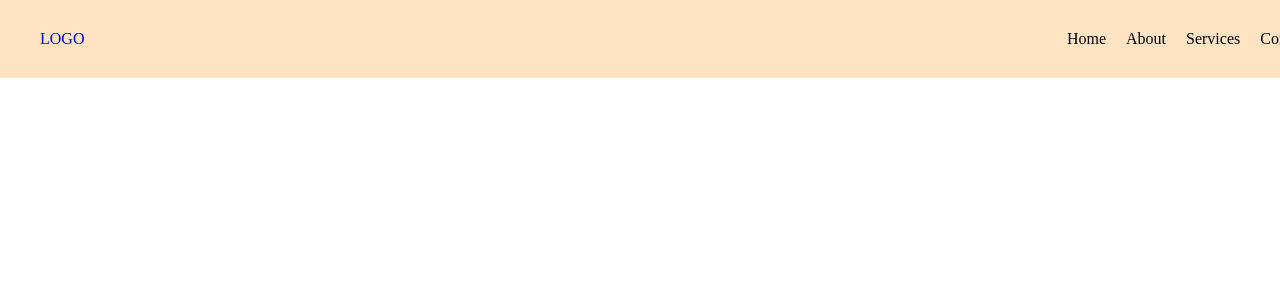
Repository: chanchalsaini/React-WUI
Page: /
An editor plug-in stored every save of this project. The page is shown before and after the next save, followed by the edit.
The browser window is 1280 px wide. The pictures show the whole page.
The project was rebuilt for these pictures with package versions that can differ from the ones it lists, and the page was loaded fresh each time.

Above is the page before, as saved 2020-09-21 21:54:43.

After the next save:
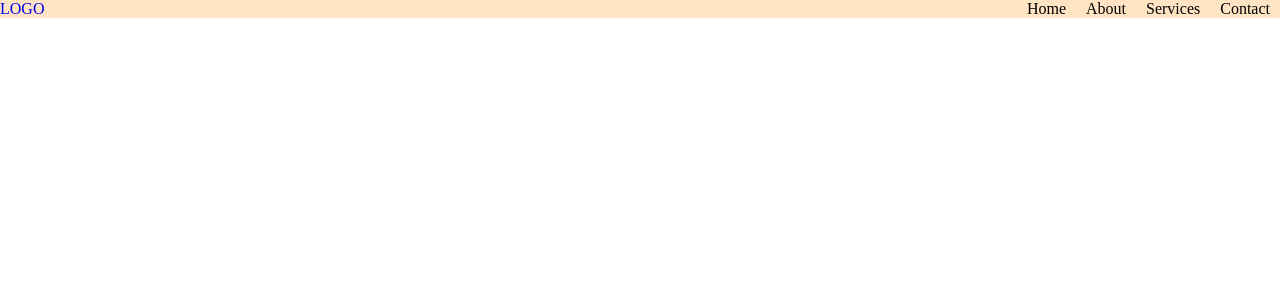
Saved 8 s later.
--- a/src/App.css
+++ b/src/App.css
@@ -5,7 +5,6 @@ header {
   background-color: bisque;
   display: flex;
   justify-content: space-between;
-  padding: 30px 40px;
   align-items: center;
   position: fixed;
   width: 100%;
